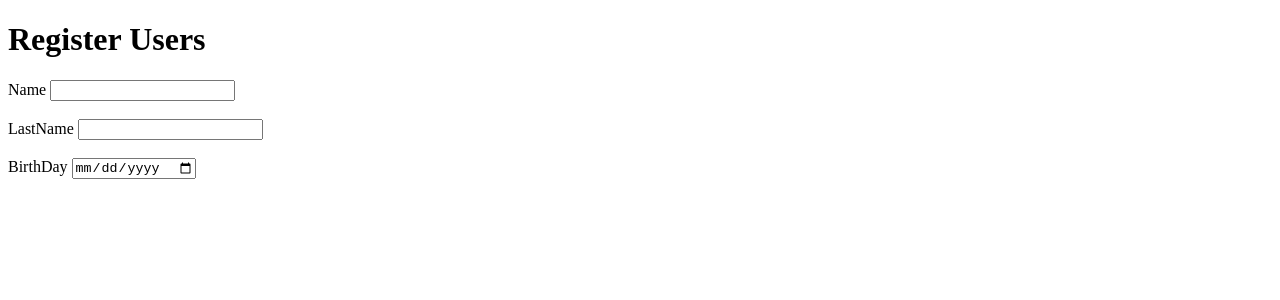
Repository: Andres-Velasco07/app-cym-repo
Page: templates/register.html
The author's editor kept a record of every edit. The page is drawn from the files as they stood at one moment, then again after the next edit.
The browser window is 1280 px wide. The pictures show the whole page.

Above is the page before.

### templates/register.html
<!DOCTYPE html>
<html>
    <head>
        <meta http-equiv="content-type" content="text/html; charset=utf-8" />
        <title>Web Page</title>
    </head>
    <body>
        <h1>Register Users</h1>
        <form>
            <label>Name</label> <input type="text"/> <br> <br>
            <label>LastName</label> <input type="text"/> <br> <br>
            <label>BirthDay</label> <input type="date"/> <br> <br>
        </form>
    </body>
</html>

After the next edit:
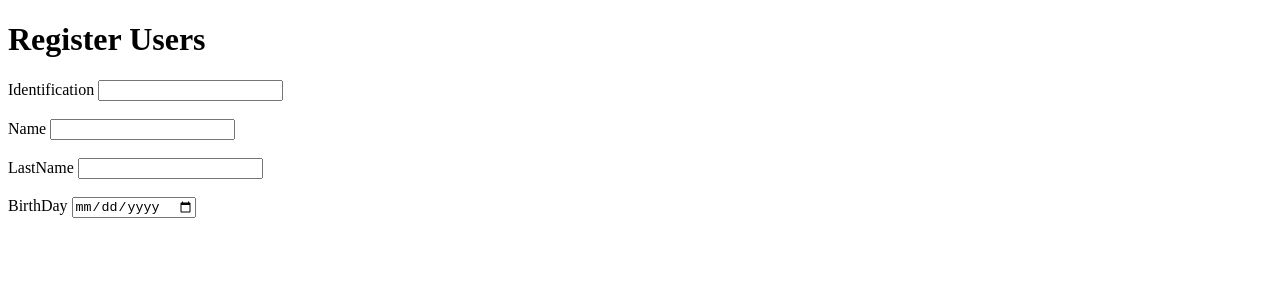
The edit:
--- a/templates/register.html
+++ b/templates/register.html
@@ -7,6 +7,7 @@
     <body>
         <h1>Register Users</h1>
         <form>
+            <label>Identification</label> <input type="number"/> <br> <br>
             <label>Name</label> <input type="text"/> <br> <br>
             <label>LastName</label> <input type="text"/> <br> <br>
             <label>BirthDay</label> <input type="date"/> <br> <br>
